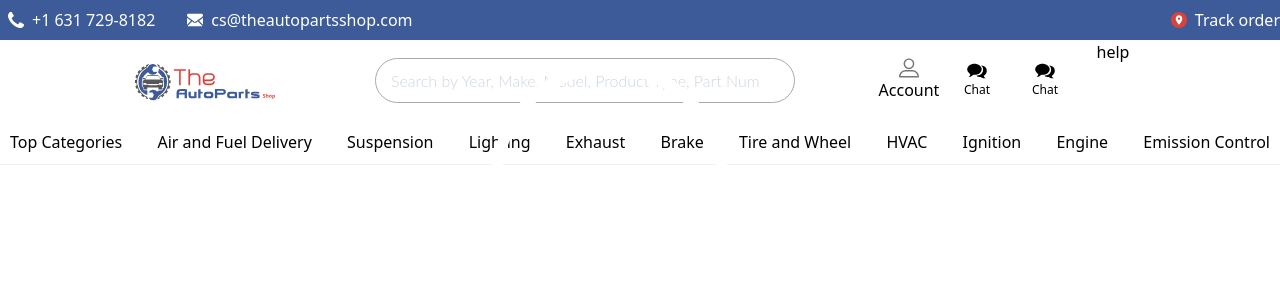
Repository: robindhimanspineor/TAPS-Next
Page: /
The author's editor kept a copy of each file at every save. The page is drawn from the files as they stood at one save, then again after the next save.
The browser window is 1280 px wide. The pictures show the whole page.
The project was rebuilt for these pictures with package versions that can differ from the ones it lists, and the page was loaded fresh each time. The framework's server and built-in components were replaced by stand-ins that run in the browser. Also part of the build but not shown: next.config.js.

Above is the page before, as saved 2021-09-16 18:01:29.

After the next save:
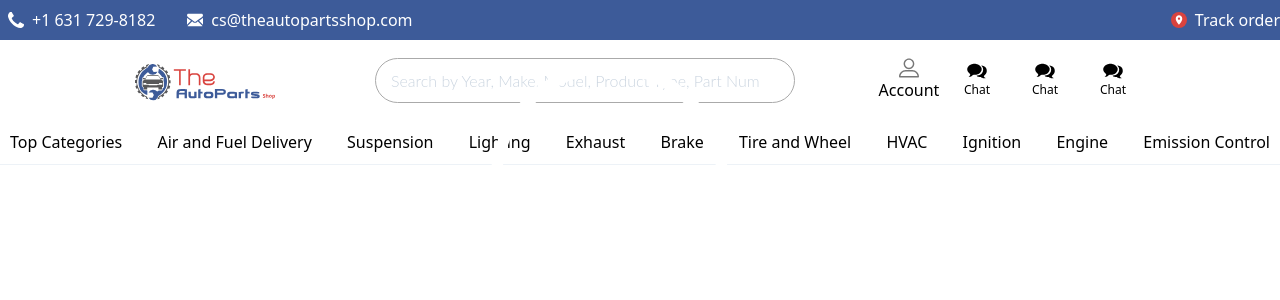
Saved 21 s later.
--- a/src/components/common/header/navigation/help.tsx
+++ b/src/components/common/header/navigation/help.tsx
@@ -1,5 +1,16 @@
+import CommentsSvg from '../../../../svg/CommentsSvg.js';
+
 const Help = () => {
-  return <li className="help-button">help</li>;
+  return (
+    <li className="help-button">
+      <div className="wrap">
+        <span className="nav-icon">
+          <CommentsSvg />
+        </span>
+        <span className="icon_label">Chat</span>
+      </div>
+    </li>
+  );
 };
 
 export default Help;
